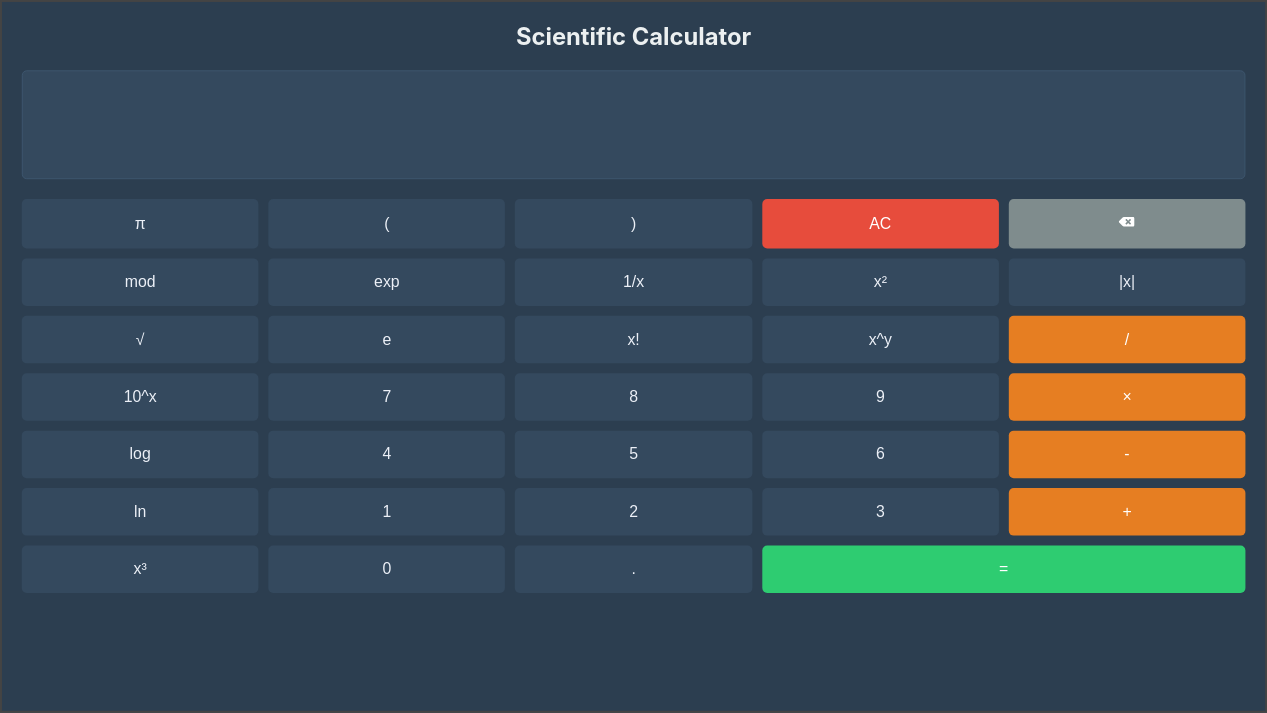
Repository: thesaherriaz/Calculator-React
Page: /
The author's editor kept a copy of each file at every save. The page is drawn from the files as they stood at one save, then again after the next save.
The browser window is 1280 px wide. The pictures show the whole page, at 99% of full size.
The project was rebuilt for these pictures with package versions that can differ from the ones it lists, and the page was loaded fresh each time.

Above is the page before, as saved 2025-06-20 12:56:38.

After the next save:
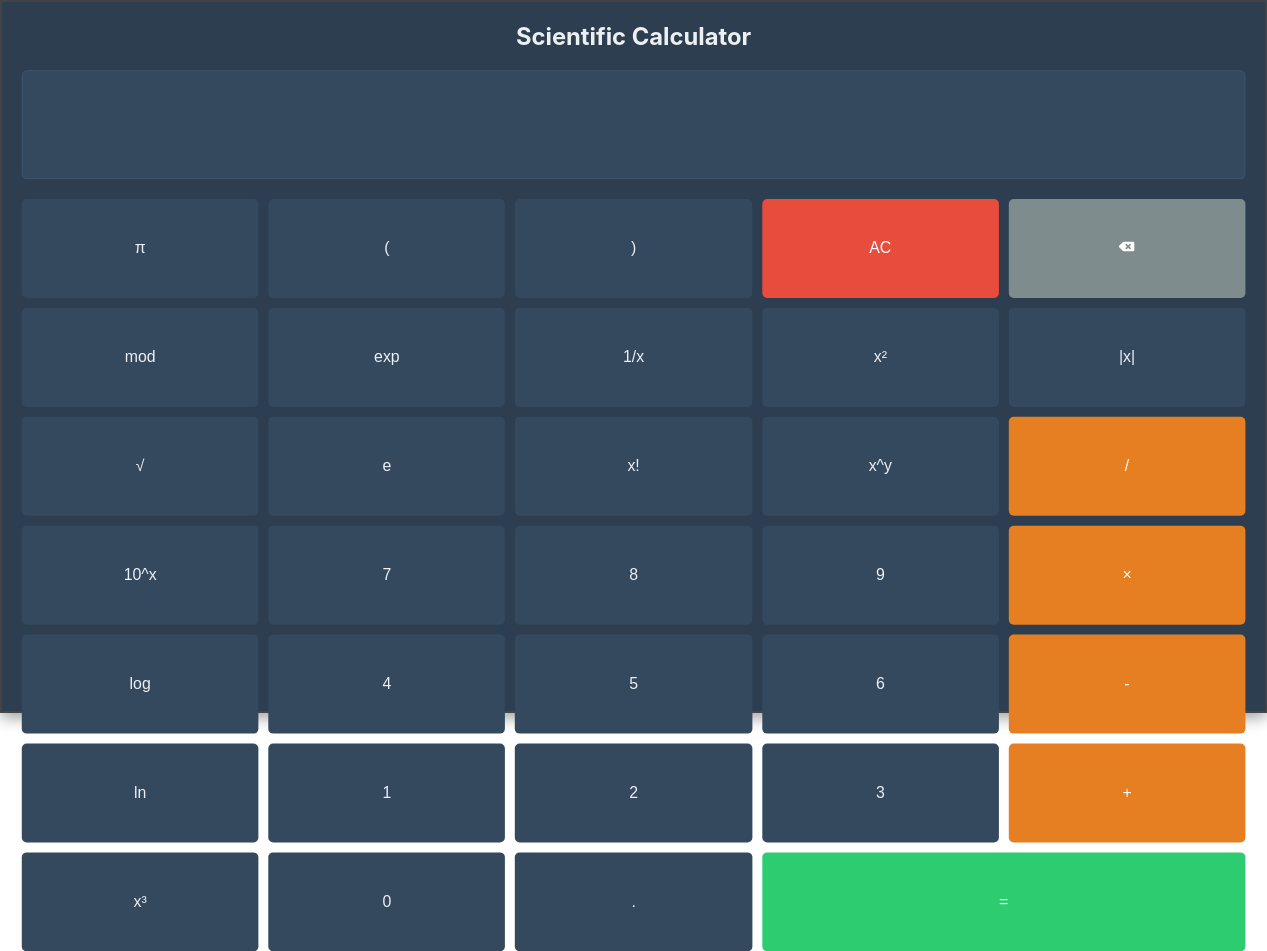
Saved 47 s later.
--- a/src/compnents/Calculator.css
+++ b/src/compnents/Calculator.css
@@ -52,10 +52,10 @@
     display: grid;
     grid-template-columns: repeat(5, 1fr);
     grid-gap: 10px;
-    height: 100px;
 }
 
 button {
+    height: 100px;
     padding: 15px;
     font-size: 1em;
     border: none;
